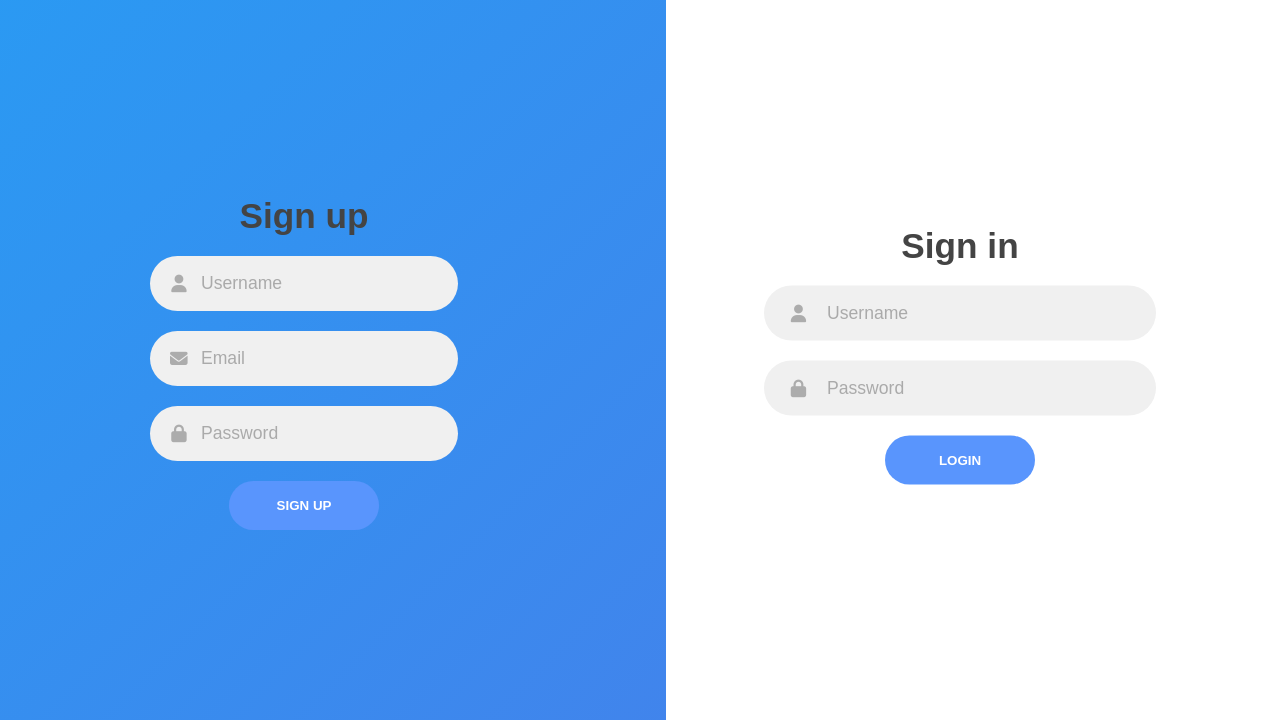
Repository: sarfaraz1611/NitteMovie.github.io
Page: login.html
These files come from the project's save history. The page is drawn as it stood at one moment and after the next save; the edit follows.
The browser window is 1280 px wide. The pictures show the whole page.
Some web libraries are served in a nearby version.

Above is the page before, as saved 2022-07-15 23:46:59.

After the next save:
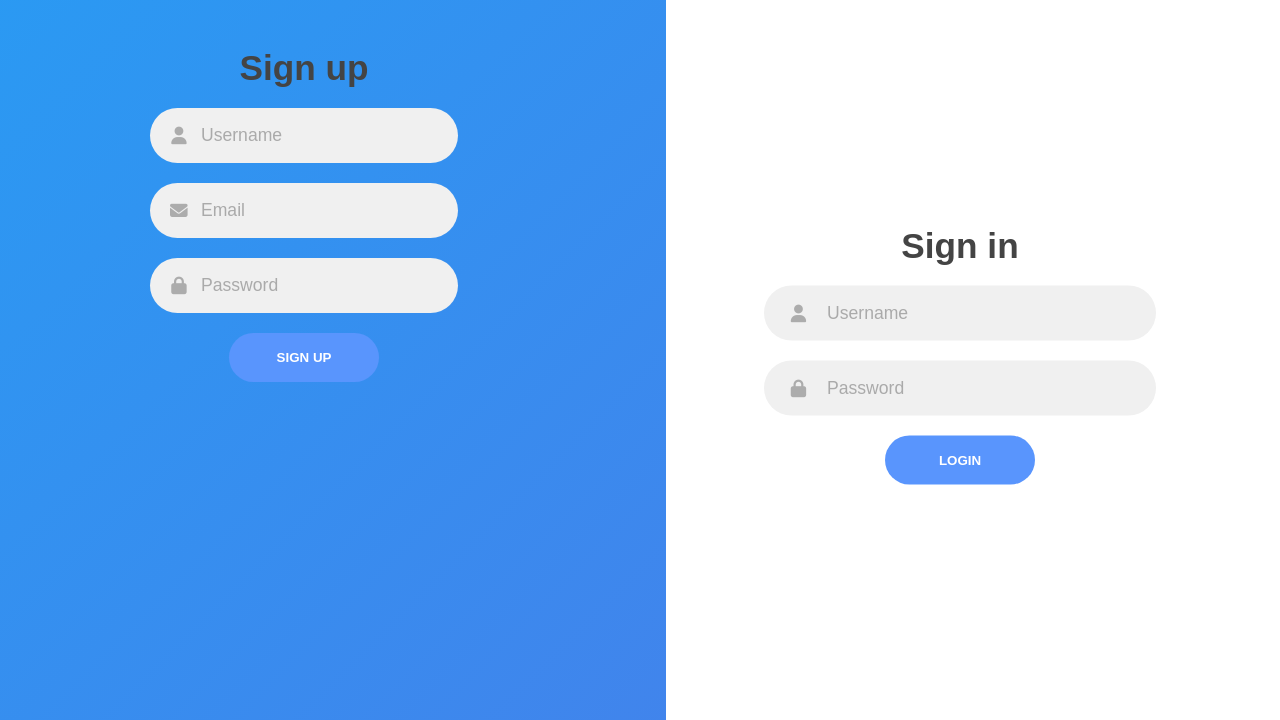
Saved 4 s later.
--- a/assets/css/main.css
+++ b/assets/css/main.css
@@ -416,7 +416,7 @@ form {
   display: flex;
   flex-direction: column;
   /* align-items: flex-end; */
-  justify-content: space-around;
+  /* justify-content: space-around; */
   text-align: center;
   z-index: 3;
   padding: 3rem 17% 2rem 12%;
